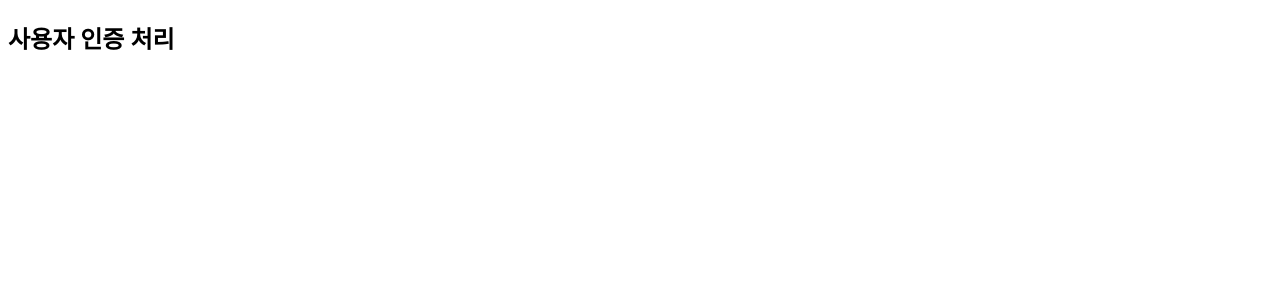
Repository: sieoh/2024html-
Page: http://localhost/jspweb_09/loginpro.jsp
These files come from the project's save history. The page is drawn as it stood at one moment and after the next save; the edit follows.
The browser window is 1280 px wide. The pictures show the whole page.
The page is served by Tomcat 9.

Above is the page before, as saved 2024-01-15 01:27:34.

After the next save:
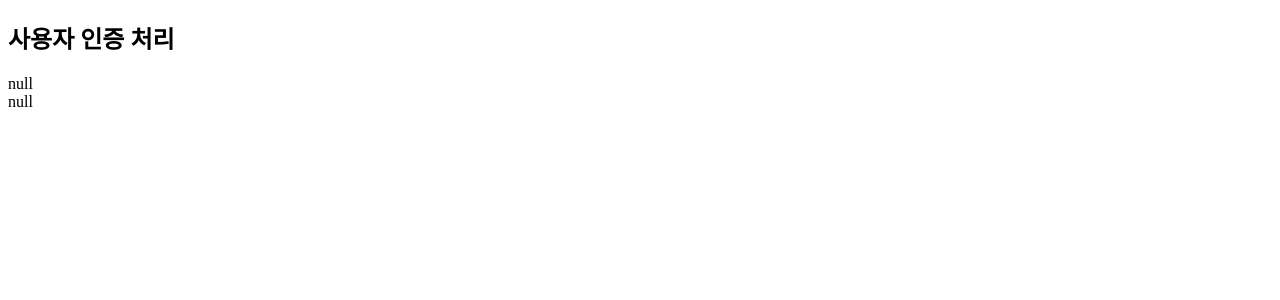
Saved 33 s later.
--- a/workspace_sts/jspweb_09/src/main/webapp/loginpro.jsp
+++ b/workspace_sts/jspweb_09/src/main/webapp/loginpro.jsp
@@ -12,5 +12,9 @@
 		String empid = request.getParameter("employeeId");
 		String userpw = request.getParameter("userPw");
 	%>
+
+	<%= empid %>
+	<br>
+	<%= userpw %>
 </body>
 </html>

After the save that followed:
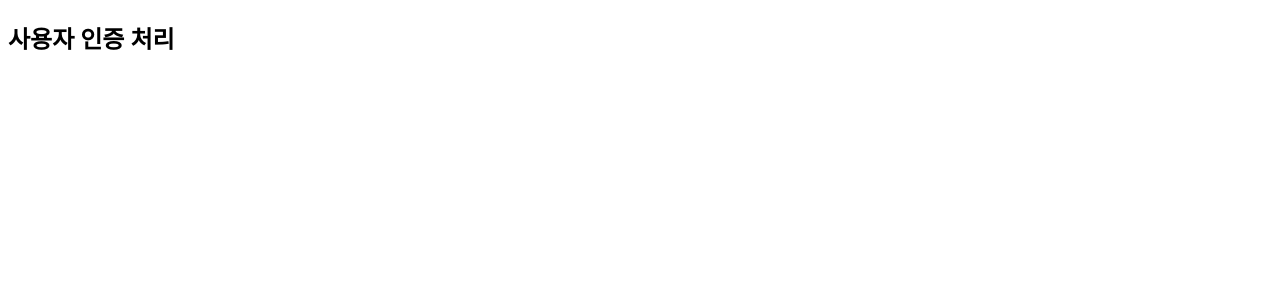
Saved 2 min 23 s later.
--- a/workspace_sts/jspweb_09/src/main/webapp/loginpro.jsp
+++ b/workspace_sts/jspweb_09/src/main/webapp/loginpro.jsp
@@ -13,8 +13,8 @@
 		String userpw = request.getParameter("userPw");
 	%>
 
-	<%= empid %>
+	<% System.out.println("empid"+empid); %>
 	<br>
-	<%= userpw %>
+	<% System.out.println("userpw"+userpw); %>
 </body>
 </html>
